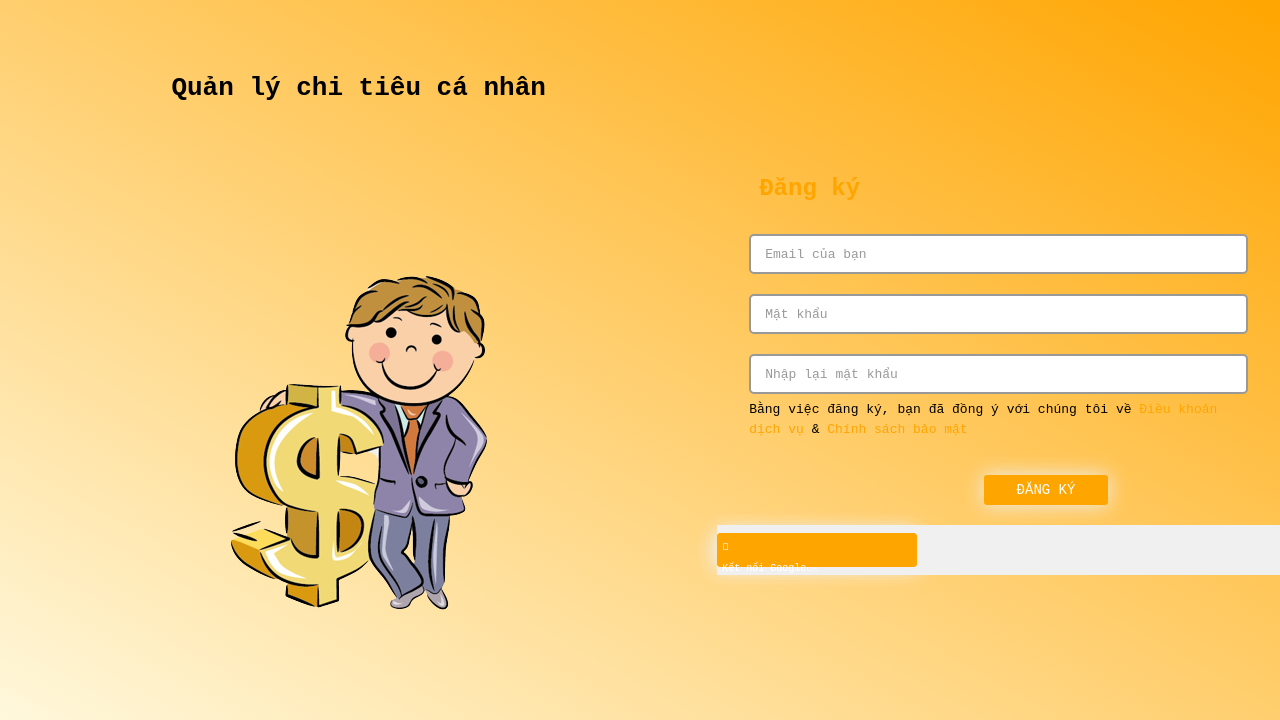
Repository: ximvhs/sochitieu
Page: login.html
An editor plug-in stored every save of this project. The page is shown before and after the next save, followed by the edit.
The browser window is 1280 px wide. The pictures show the whole page.
Some web fonts or font styles are not loaded; a fallback is used.

Above is the page before, as saved 2023-04-05 10:10:36.

After the next save:
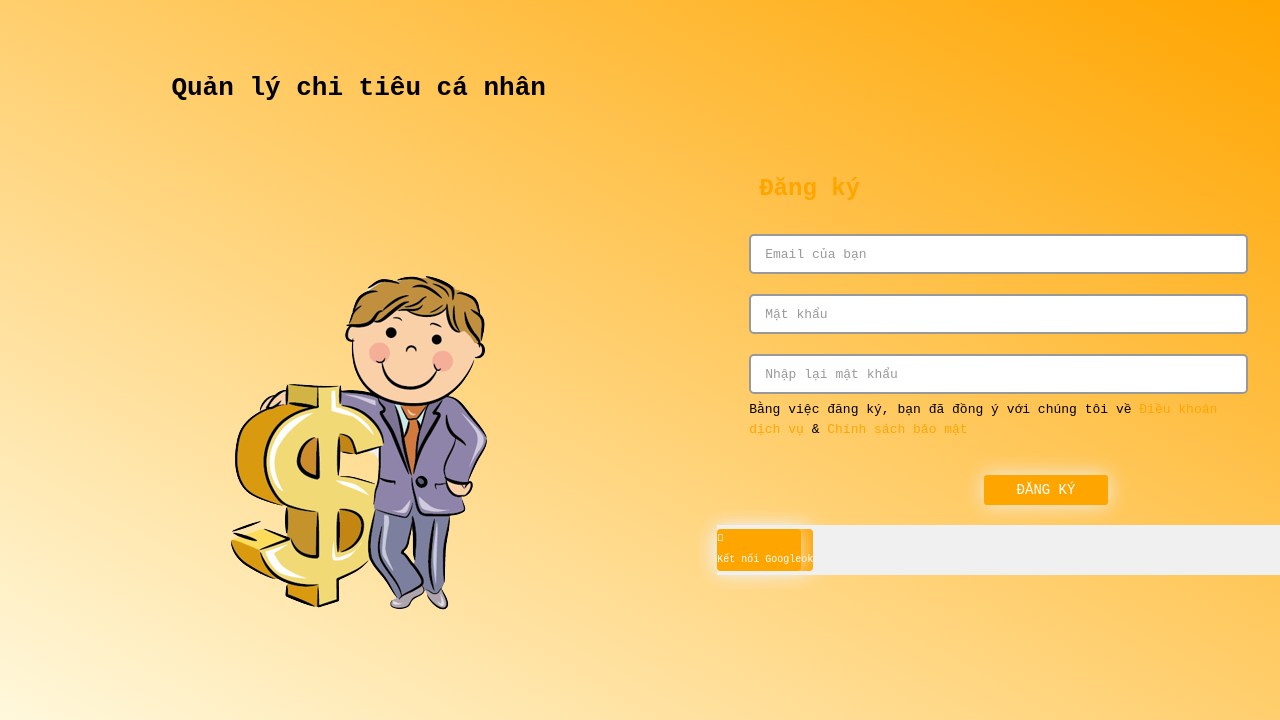
Saved 13 s later.
--- a/assets/css/login.css
+++ b/assets/css/login.css
@@ -210,14 +210,3 @@
     align-items: center;
     background-color: var(--opacity-color);
 }
-
-.auth-form__socials--facebook, .auth-form__socials--google {
-    width: 200px;
-    height: 34px;
-    font-size: 14px;
-    display: flex;
-    justify-content: center;
-    align-items: center;
-    text-decoration: none;
-    padding: 5px;
-}
